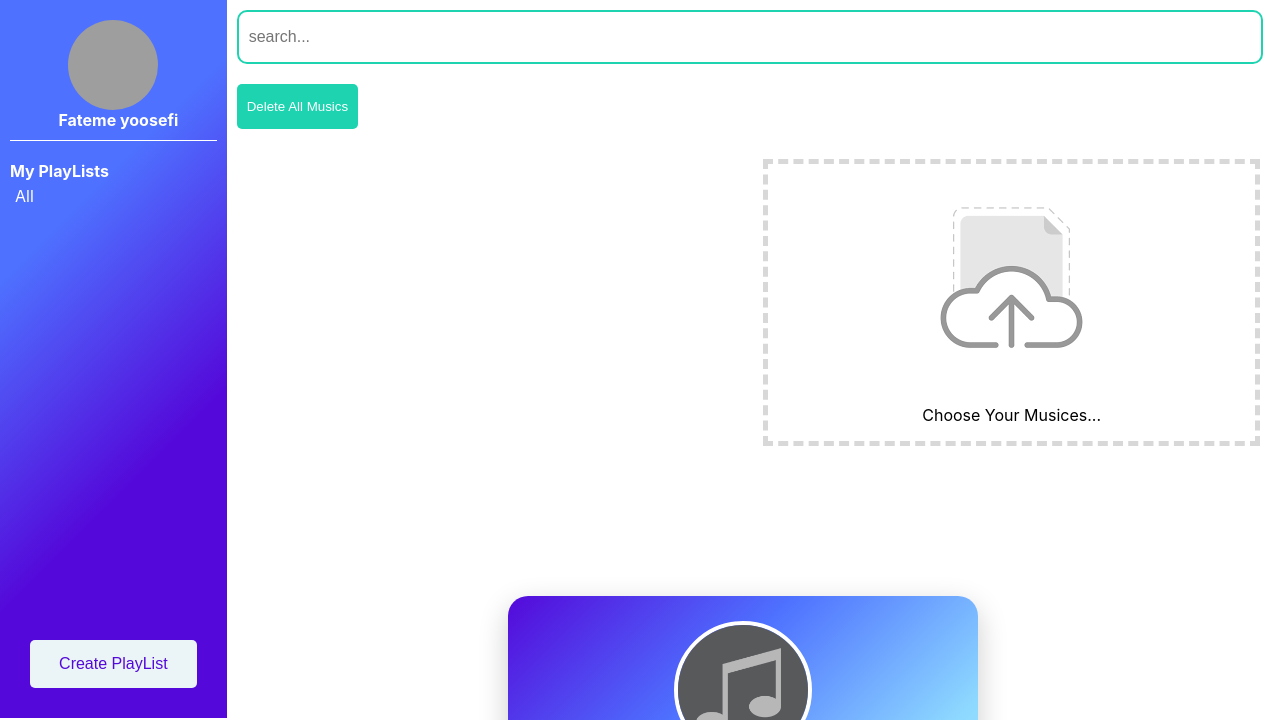
Repository: fateme81yosefi/musicPlayer
Page: /
These files come from the project's save history. The page is drawn as it stood at one moment and after the next save; the edit follows.
The browser window is 1280 px wide. The pictures show the whole page.
Pictures or frames that could not be fetched are drawn as grey boxes. An inner scrolling area shows only its first screen. The project was rebuilt for these pictures with package versions that can differ from the ones it lists, and the page was loaded fresh each time.

Above is the page before, as saved 2025-06-28 15:00:40.

After the next save:
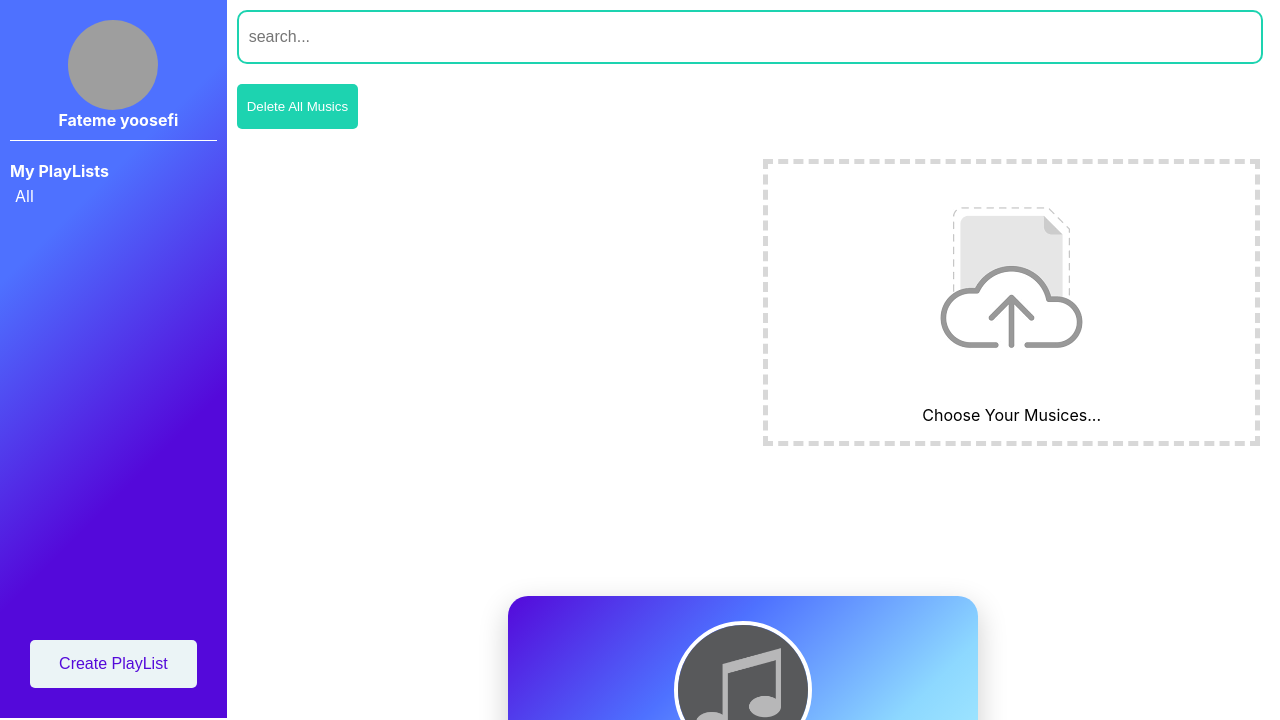
Saved 10 s later.
--- a/src/Components/MusicPlayer/MusicPlayer.jsx
+++ b/src/Components/MusicPlayer/MusicPlayer.jsx
@@ -63,9 +63,6 @@
           <div className="progress-bar" style={{ width: `${progress}%` }}></div>
         </div>
 
-        <button className="play-btn" onClick={togglePlay}>
-          {isPlaying ? "❚❚" : "▶"}
-        </button>
 
         <div className="controls">
           <label>

After the 2 saves that followed:
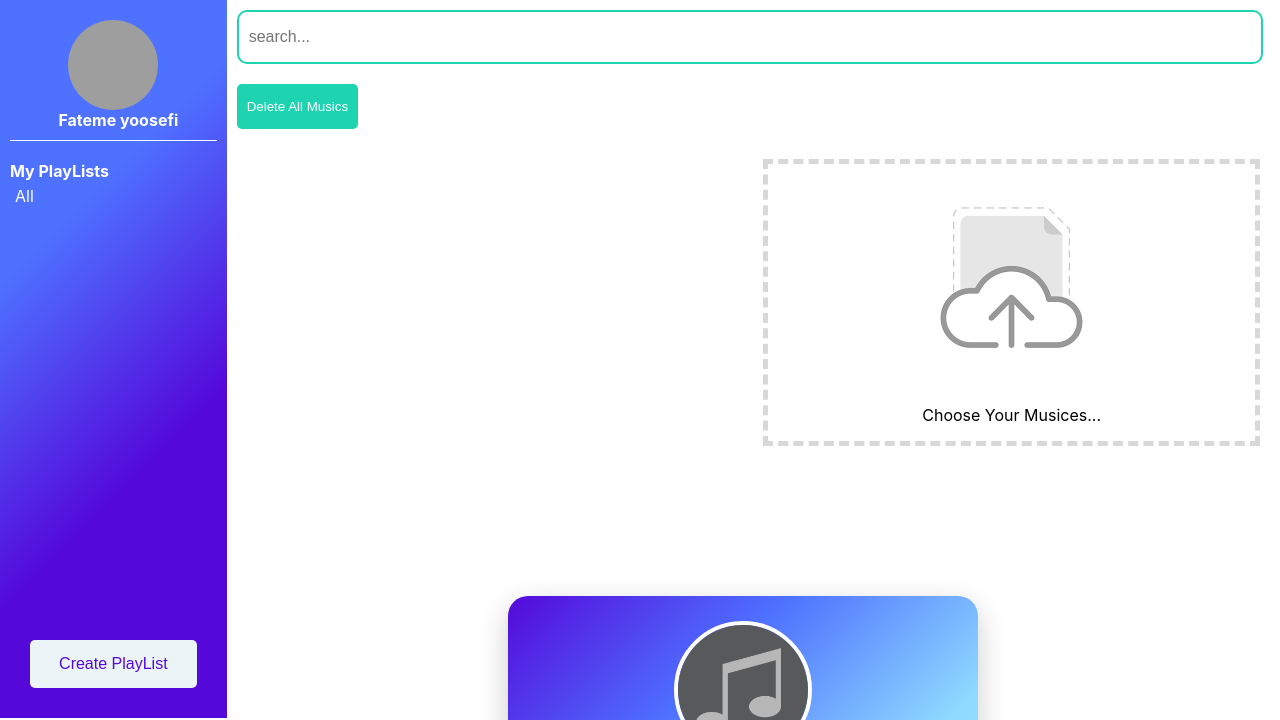
The 2 saves are shown as one change because they came seconds apart.
The last was saved 6 s later.
--- a/src/Components/MusicPlayer/MusicPlayer.jsx
+++ b/src/Components/MusicPlayer/MusicPlayer.jsx
@@ -90,6 +90,10 @@
           </div>
         </div>
 
+        <button className="play-btn" onClick={togglePlay}>
+          {isPlaying ? "❚❚" : "▶"}
+        </button>
+
         <audio
           ref={audioRef}
           src={currentMusic.data}
